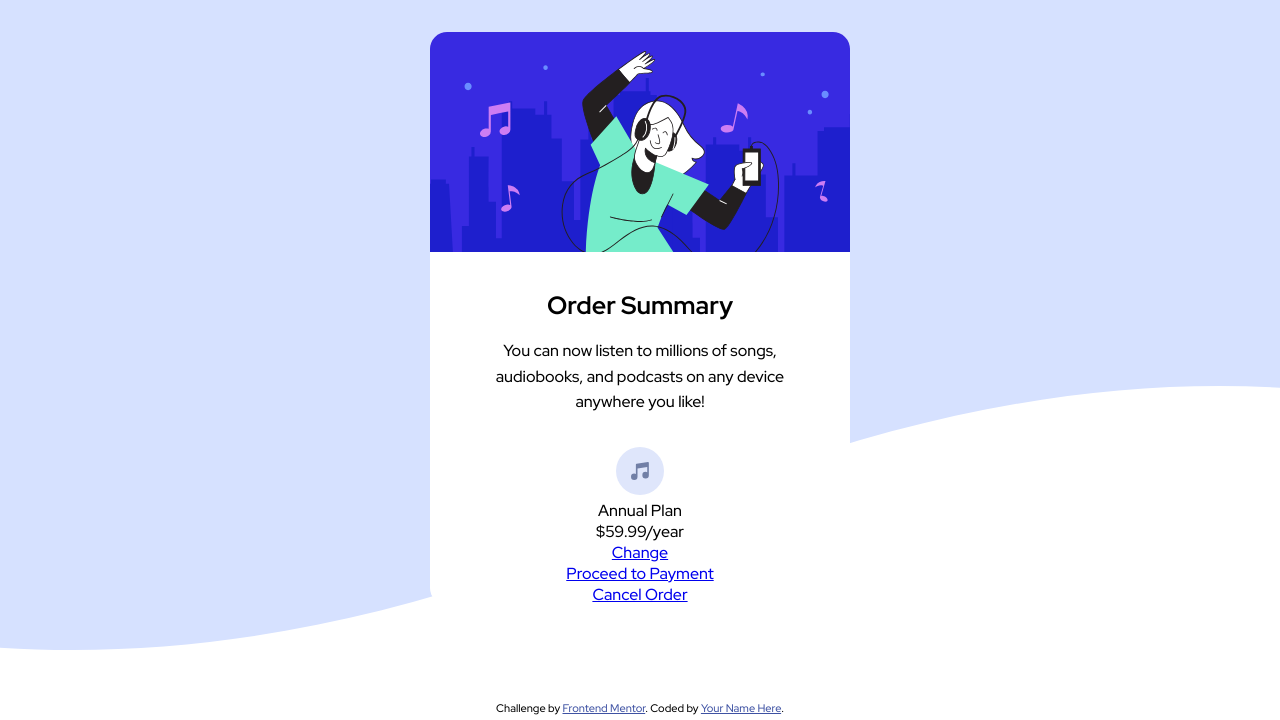
Repository: DejV44/order-summary-frontend
Page: index.html
An editor plug-in stored every save of this project. The page is shown before and after the next save, followed by the edit.
The browser window is 1280 px wide. The pictures show the whole page.
The style sheet was rebuilt from its Sass, Less or Tailwind sources for each picture, by a compiler version that may differ from the author's.

Above is the page before, as saved 2021-08-12 21:09:32.

After the next save:
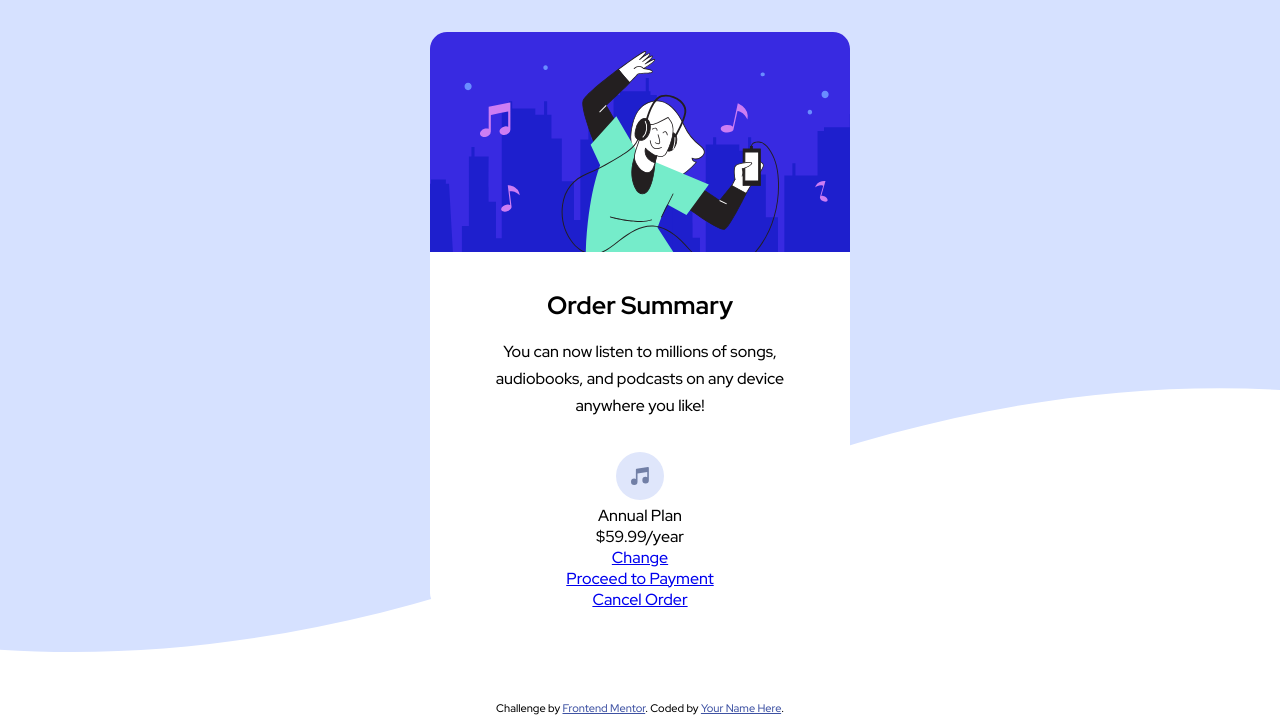
Saved 6 s later.
--- a/css/_mixins.scss
+++ b/css/_mixins.scss
@@ -50,6 +50,6 @@
     }
 
     p {
-        line-height: 1.6rem;
+        line-height: 1.7rem;
     }
 }
